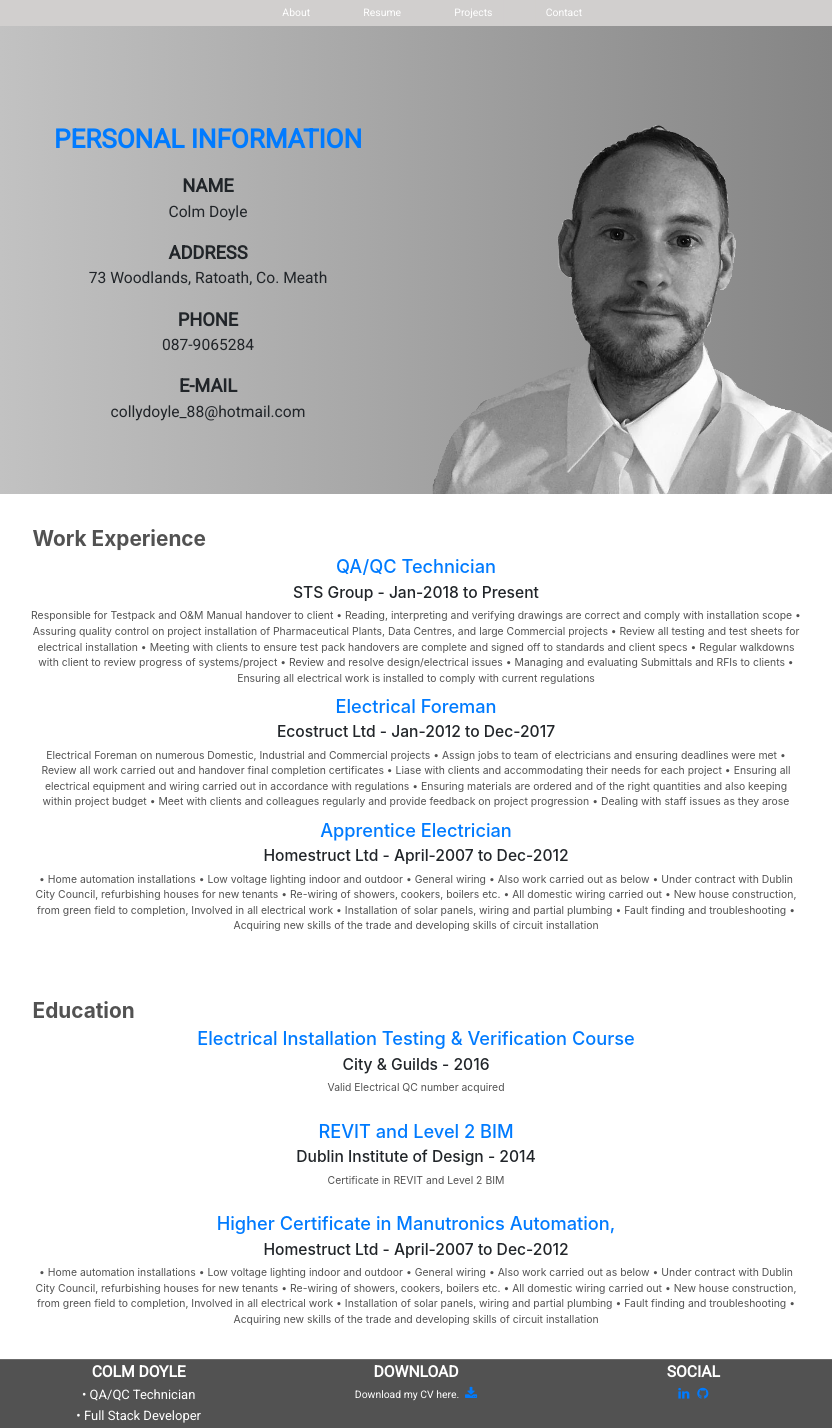
Repository: Code-Institute-Submissions/collyd21-milestone1
Page: resume.html
The author's editor kept a record of every edit. The page is drawn from the files as they stood at one moment, then again after the next edit.
The browser window is 1280 px wide. The pictures show the whole page, at 65% of full size.
Some web libraries are served in a nearby version.

Above is the page before.

After the next edit:
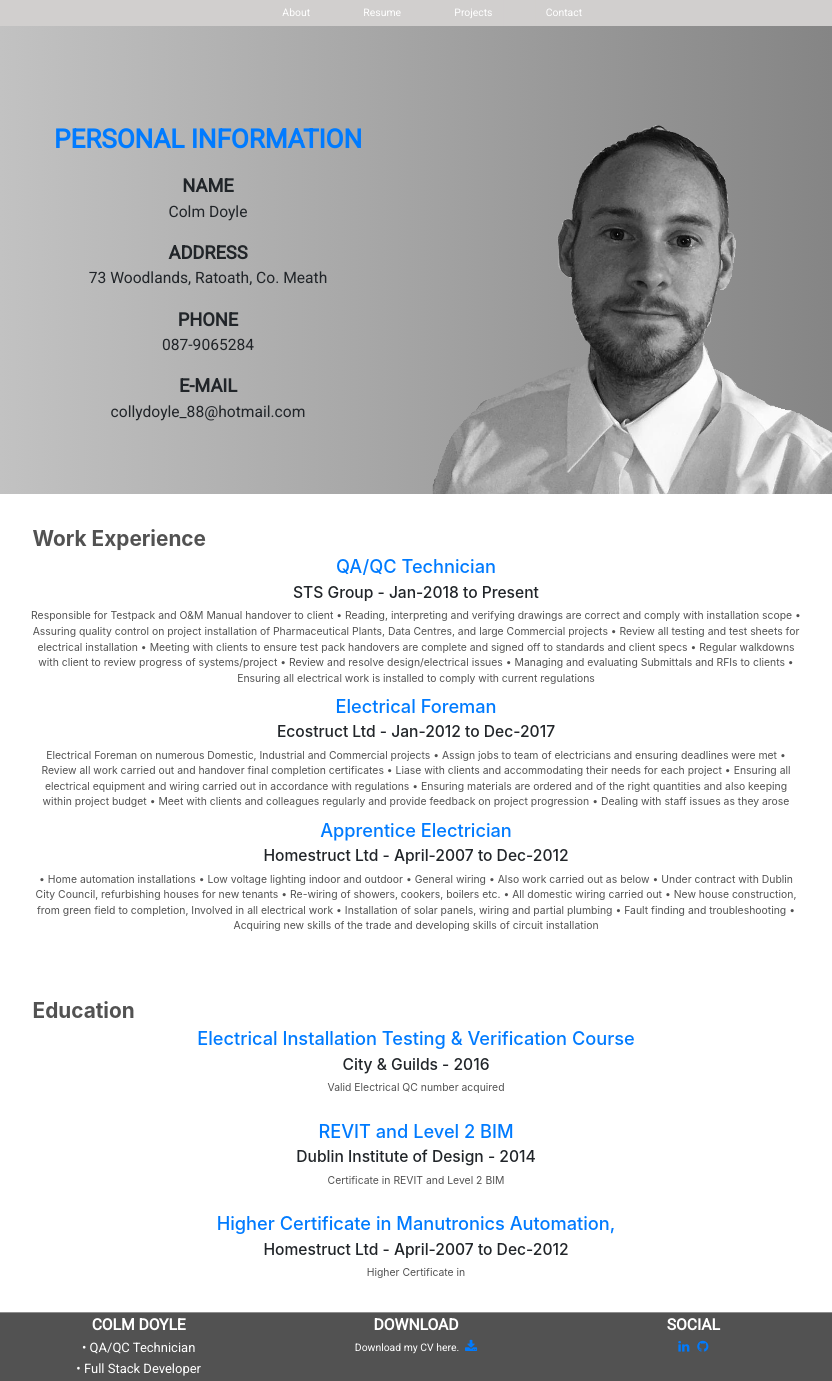
The edit:
--- a/resume.html
+++ b/resume.html
@@ -104,9 +104,7 @@
             <div class="col-12 work-experience">
                 <h3>Higher Certificate in Manutronics Automation,</h3>
                 <h4>Homestruct Ltd - April-2007 to Dec-2012</h4>
-                <p class="bottom-margin">• Home automation installations • Low voltage lighting indoor and outdoor • General wiring • Also work carried out as below • Under contract with Dublin City Council, refurbishing houses for new tenants • Re-wiring of showers, cookers,
-                    boilers etc. • All domestic wiring carried out • New house construction, from green field to completion, Involved in all electrical work • Installation of solar panels, wiring and partial plumbing • Fault finding and troubleshooting
-                    • Acquiring new skills of the trade and developing skills of circuit installation
+                <p class="bottom-margin">Higher Certificate in
                 </p>
             </div>
     </section>
